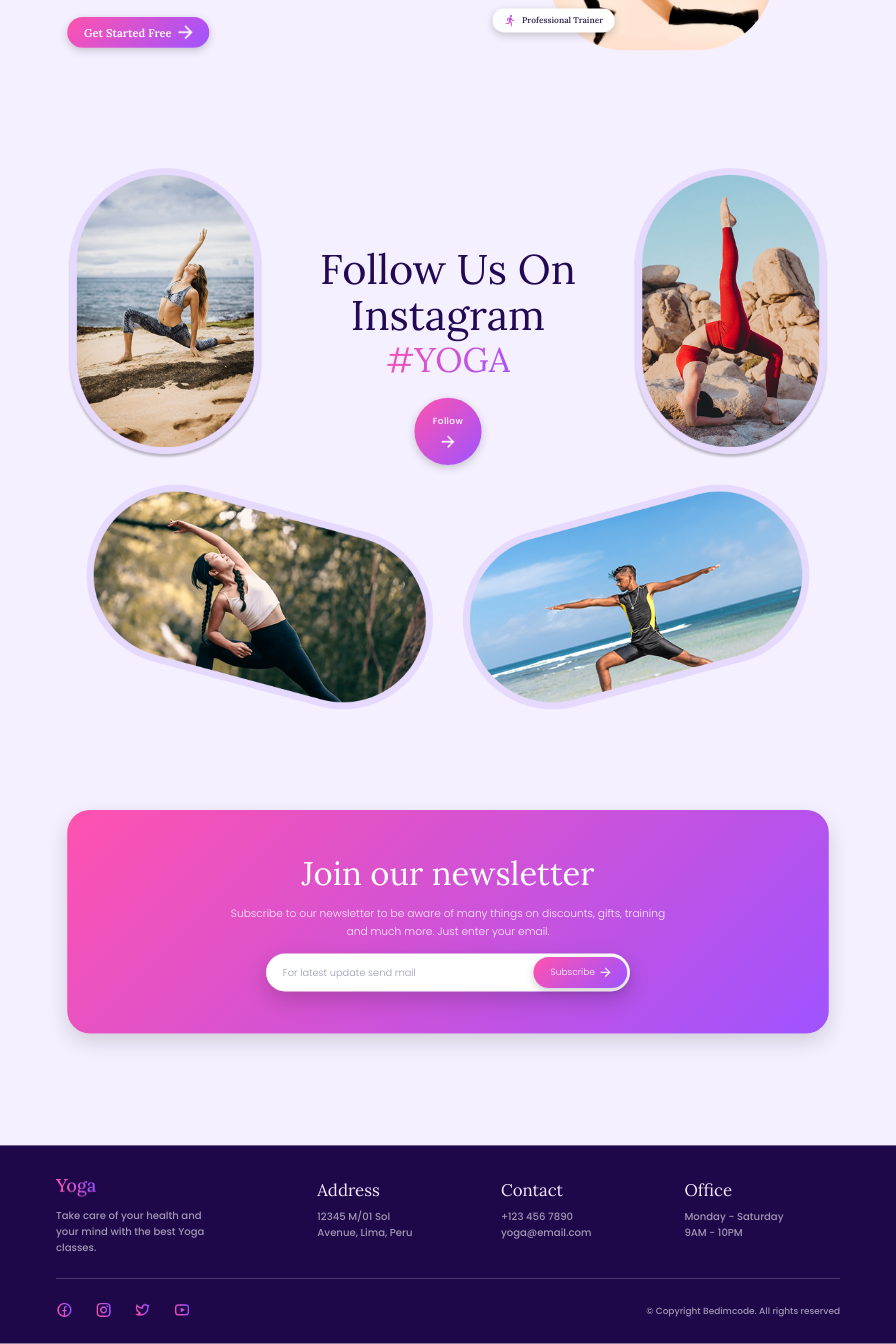
Repository: EunsuhJeon/responsive-yoga-website
Page: index.html
These files come from the project's save history. The page is drawn as it stood at one moment and after the next save; the edit follows.
The browser window is 1280 px wide. The pictures show the part of the page from y = 1605 to 3525 px (the page is 3525 px tall), at 70% of full size.

Above is the page before, as saved 2025-11-27 21:19:49.

After the next save:
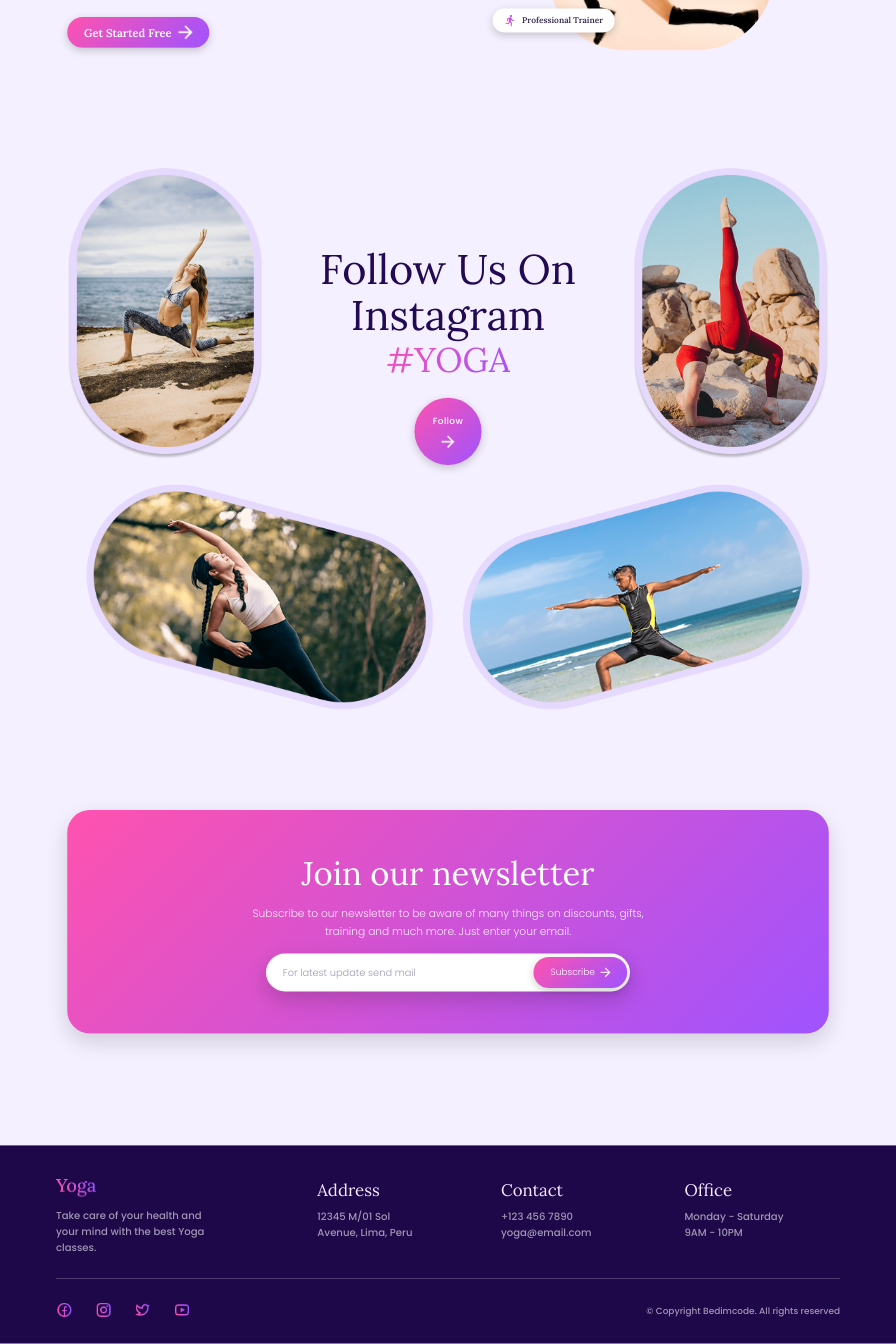
Saved 26 min 26 s later.
--- a/main.css
+++ b/main.css
@@ -843,6 +843,8 @@
   font-weight: 300;
   max-width: 640px;
   margin: 0 auto 20px;
+  padding-left: 24px;
+  padding-right: 24px;
   font-size: 0.95rem;
   line-height: 1.6;
   opacity: 0.9;
